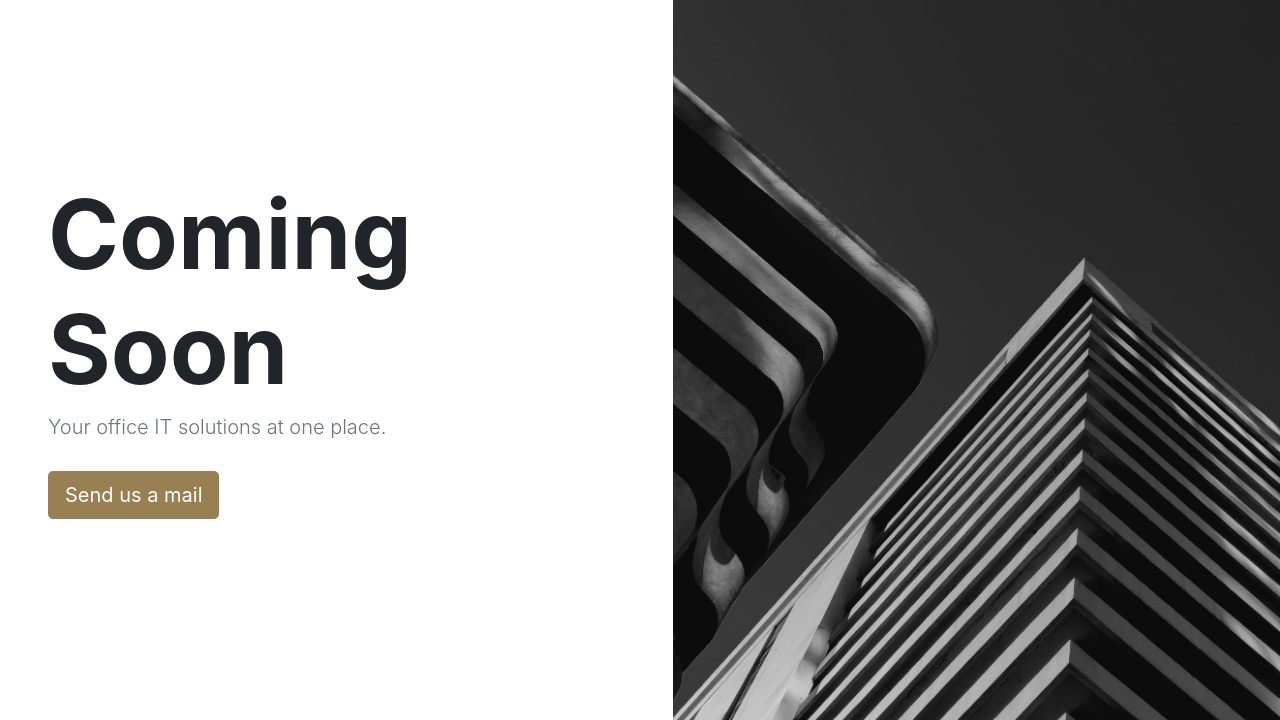
Repository: Thekxgh/website
Page: /
These files come from the project's save history. The page is drawn as it stood at one moment and after the next save; the edit follows.
The browser window is 1280 px wide. The pictures show the whole page.
The project was rebuilt for these pictures with package versions that can differ from the ones it lists, and the page was loaded fresh each time.

Above is the page before, as saved 2021-07-14 10:07:33.

After the next save:
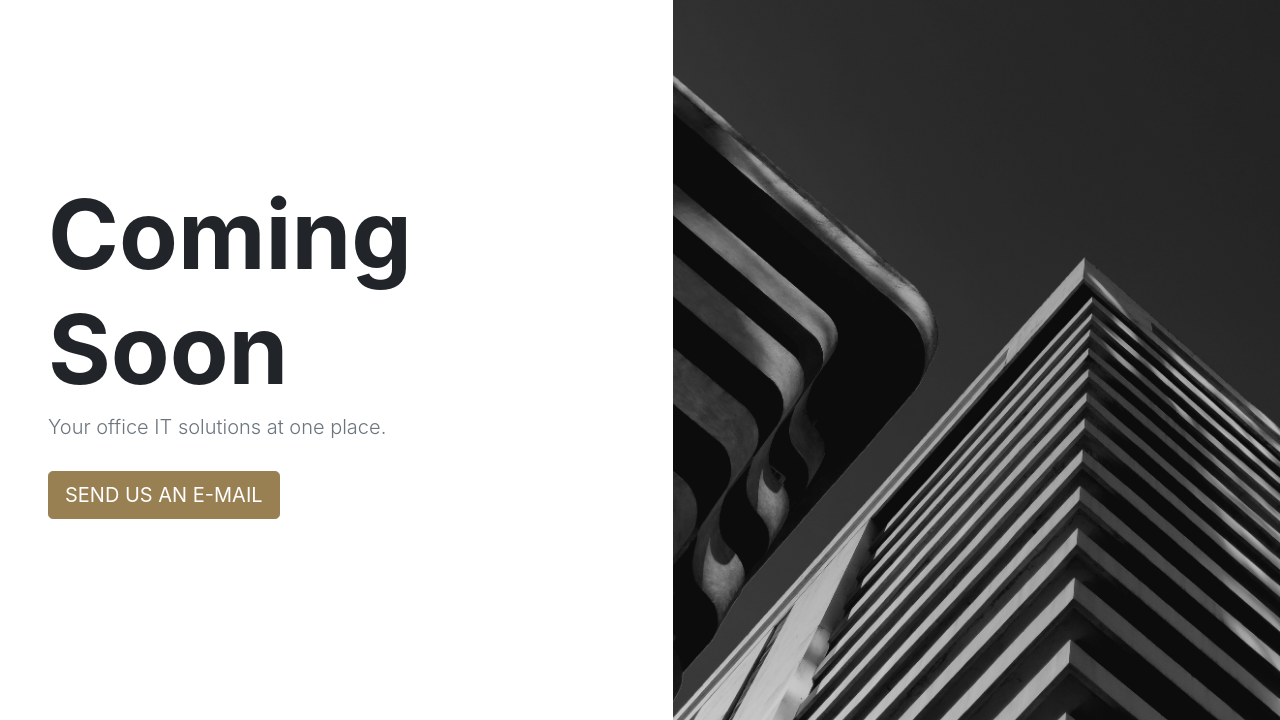
Saved 19 s later.
--- a/src/presentation/LandingPage.tsx
+++ b/src/presentation/LandingPage.tsx
@@ -7,7 +7,7 @@ export const LandingPage = () => {
             <Col className="p-5">
                 <h1 className="display-1 font-weight-bold">Coming Soon</h1>
                 <h5 className="text-muted font-weight-light">Your office IT solutions at one place.</h5>
-                <a className="btn btn-primary btn-lg my-4" href="mailto:contact@thekxgh.com"> Send us a mail </a>
+                <a className="btn btn-primary btn-lg my-4" href="mailto:contact@thekxgh.com"> SEND US AN E-MAIL </a>
             </Col>
             <Col className="side-img min-vh-100"></Col>
         </Row>
